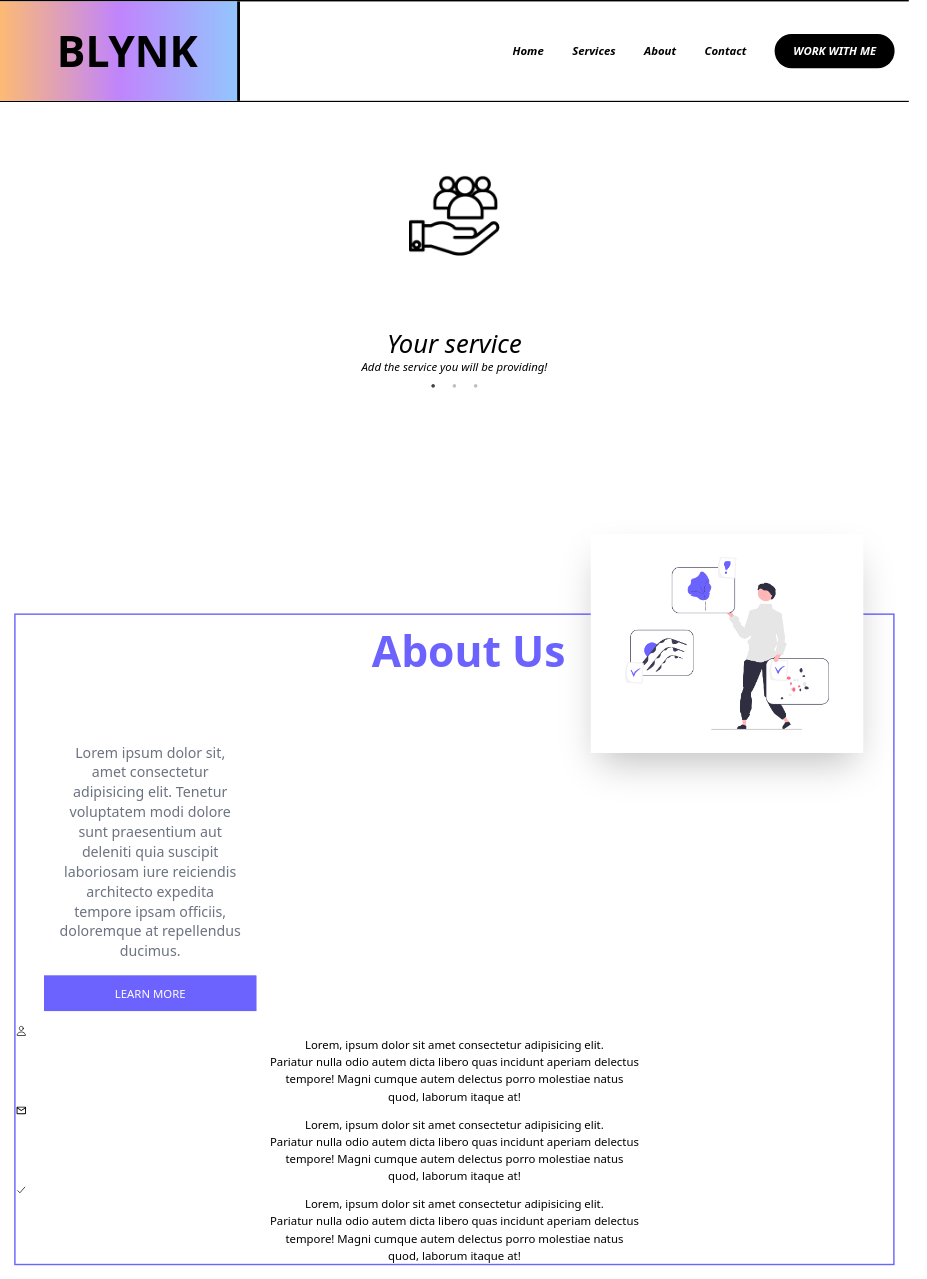
Repository: Al123Kudayyd/eportfolio
Page: /
An editor plug-in stored every save of this project. The page is shown before and after the next save, followed by the edit.
The browser window is 1280 px wide. The page is 1305 px wide, so the pictures cover 1305 px, including what lies to the right of the window. The pictures show the whole page, at 71% of full size.
The project was rebuilt for these pictures with package versions that can differ from the ones it lists, and the page was loaded fresh each time.

Above is the page before, as saved 2024-02-27 08:04:52.

After the next save:
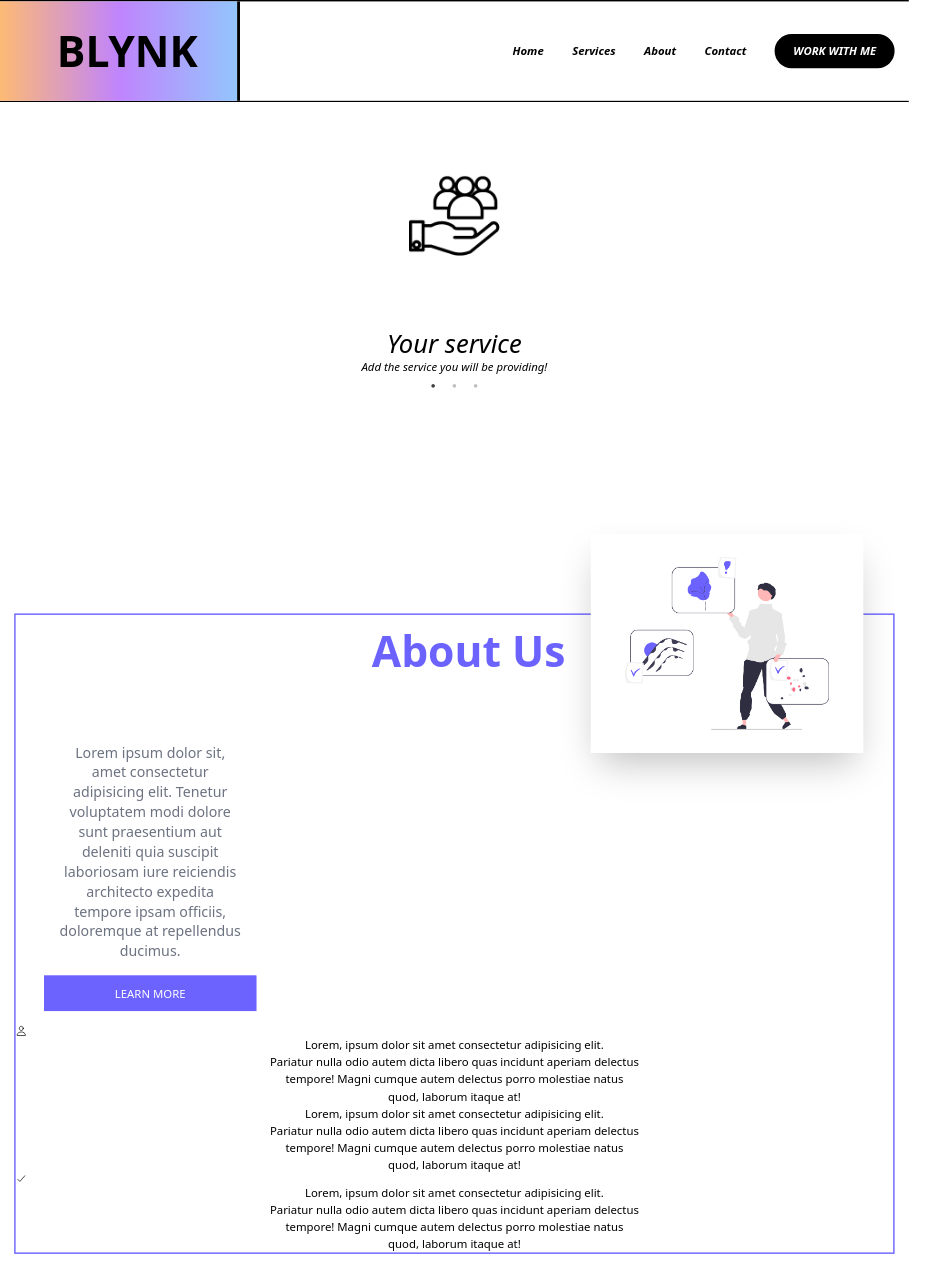
Saved 7 s later.
--- a/src/components/AboutService.js
+++ b/src/components/AboutService.js
@@ -10,7 +10,7 @@
                 <p>{para}</p>
             </div>
             <div>
-                {button1}
+                <span>{}</span>
                 <p>{para}</p>
             </div>
             <div>

After the 2 saves that followed:
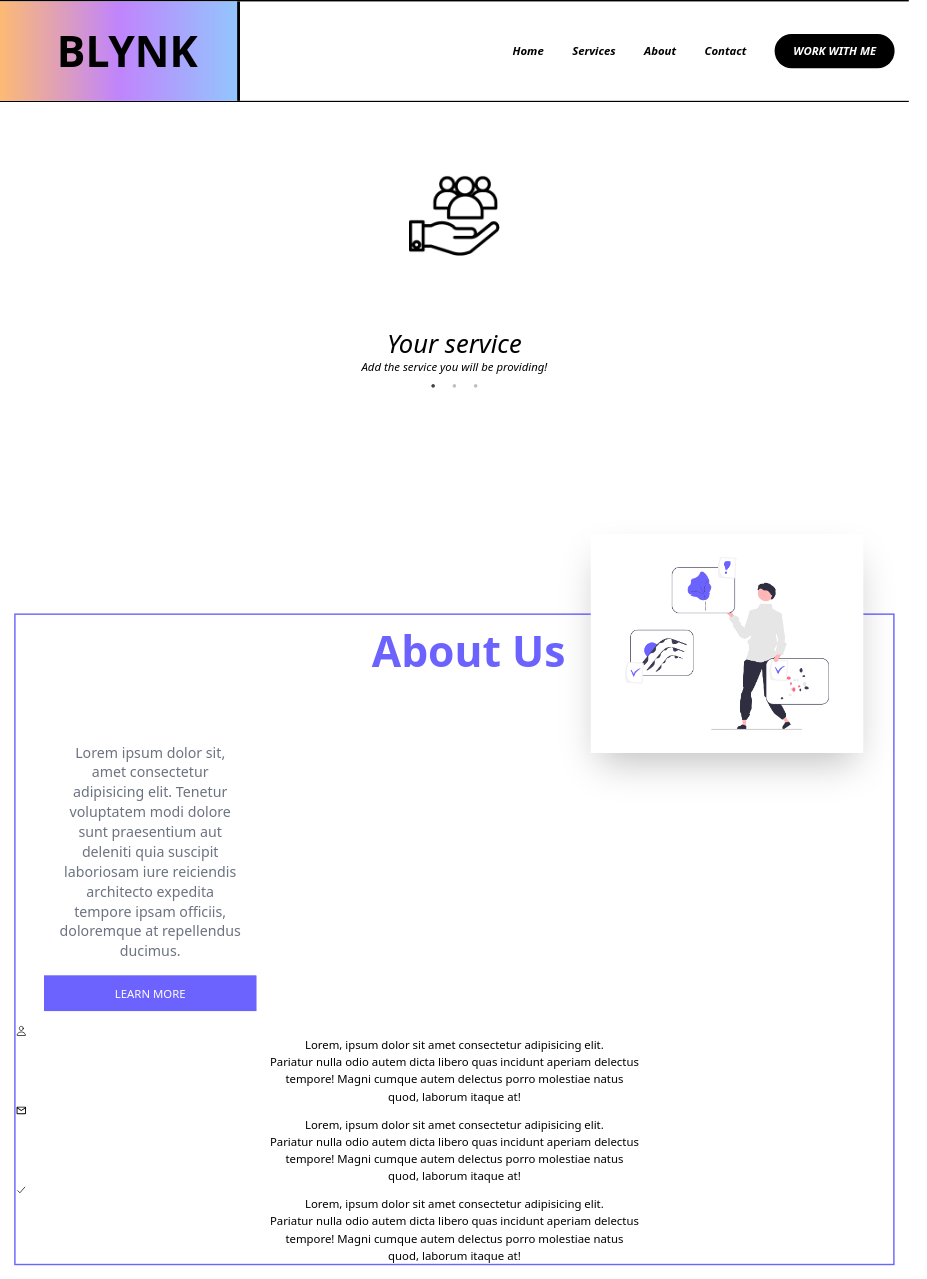
The 2 saves are shown as one change because they came seconds apart.
The last was saved 5 s later.
--- a/src/components/AboutService.js
+++ b/src/components/AboutService.js
@@ -10,7 +10,7 @@
                 <p>{para}</p>
             </div>
             <div>
-                <span>{}</span>
+                <span>{button1}</span>
                 <p>{para}</p>
             </div>
             <div>
